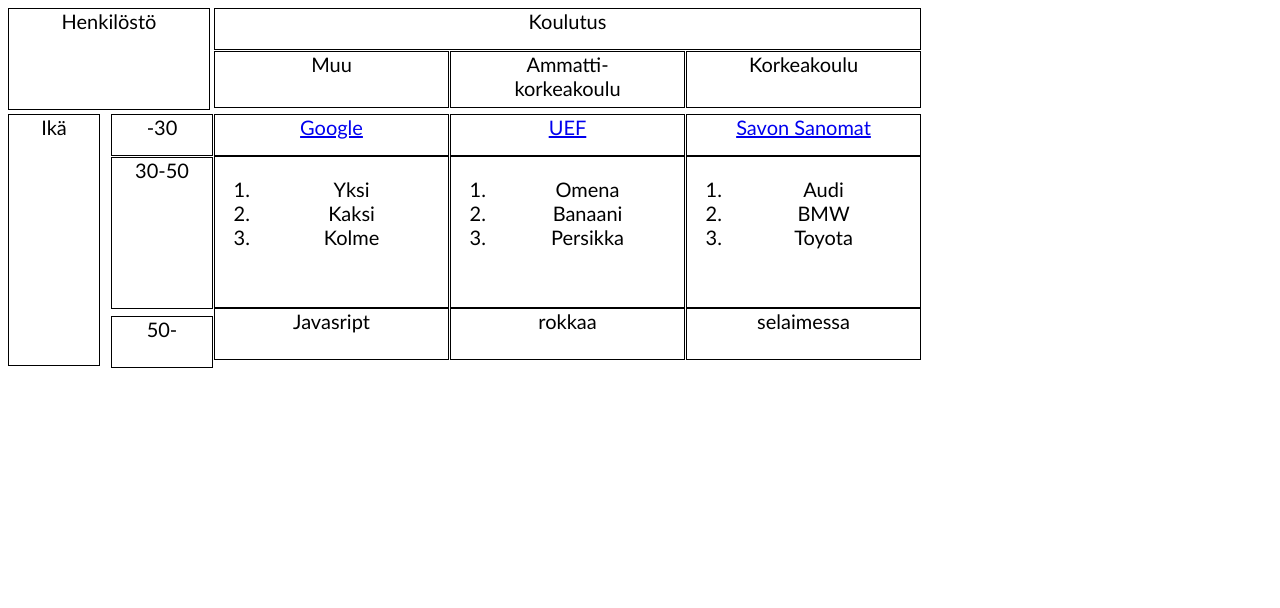
Repository: Niina-Maria/tehtavat-12-17-Niina-Maria2
Page: teht14.html
These files come from the project's save history. The page is drawn as it stood at one moment and after the next save; the edit follows.
The browser window is 1280 px wide. The pictures show the whole page.

Above is the page before, as saved 2024-11-18 15:24:26.

### teht14.html
<!DOCTYPE html>
<html>
    <head><link rel="stylesheet" href="teht14.css"></head>
    <body>
        <div class="grid-container">

                <div class="header">Henkilöstö</div>
                <div class="header2">Koulutus</div>

                <div class="main">Muu</div>
                <div class="main2">Ammatti-<br>korkeakoulu</div>
                <div class="main3">Korkeakoulu</div>


                <div class="navMain">Ikä</div>
                <div class="navMain2">-30</div>
                <div class="navMain3">30-50</div>
                <div class="navMain4">50-</div>

                <div>
                <div class="main4"><a href="www.google.com">Google</a></div>
                <div class="main7">
                    <ol>
                        <li>Yksi</li>
                        <li>Kaksi</li>
                        <li>Kolme</li>
                    </ol>
                </div>
                <div class="footer">Javasript</div>
                </div>

                <div>
                <div class="main5"><a href="https://www.uef.fi/fi">UEF</a></div>
                <div class="main8">
                    <ol>
                    <li>Omena</li>
                    <li>Banaani</li>
                    <li>Persikka</li>
                </ol>
                </div>
                <div class="footer2">rokkaa</div>
            </div>
            <div>

                <div class="main6"><a href="https://www.savonsanomat.fi/">Savon Sanomat</a></div>
                <div class="main9">
                    <ol>
                        <li>Audi</li>
                        <li>BMW</li>
                        <li>Toyota</li>
                    </ol>
                </div>
                <div class="footer3">selaimessa</div>
            </div>





             <!--    <div class="main7">
                    <ol>
                        <li>Yksi</li>
                        <li>Kaksi</li>
                        <li>Kolme</li>
                    </ol>
                </div> -->

               <!--  <div class="main8">
                    <ol>
                    <li>Omena</li>
                    <li>Banaani</li>
                    <li>Persikka</li>
                </ol>
                </div> -->


          <!--       <div class="main9">
                    <ol>
                        <li>Audi</li>
                        <li>BMW</li>
                        <li>Toyota</li>
                    </ol>
                </div> -->


                <!-- <div class="footer">Javasript</div> -->
                <!-- <div class="footer2">rokkaa</div> -->
                <!-- <div class="footer3">selaimessa</div>    -->
            </div>


        </body>
    </html>



            <!-- <tr>
                <tr>
                    <th rowspan="6">Ikä</th>
                    <th >-30</th>
                    <td><a href="www.google.com">Google</a></td>
                    <td><a href="https://www.uef.fi/fi">UEF</a></td>
                    <td><a href="https://www.savonsanomat.fi/">Savon Sanomat</a></td>
                </tr>
                <tr>
                    <th>30-50</th>
                    <td>
                        <ol>
                            <li>Yksi</li>
                            <li>Kaksi</li>
                            <li>Kolme</li>
                        </ol>
                    </td>
                    <td>
                        <ol>
                            <li>Omena</li>
                            <li>Banaani</li>
                            <li>Persikka</li>
                        </ol>
                    </td>
                    <td>
                        <ol>
                            <li>Audi</li>
                            <li>BMW</li>
                            <li>Toyota</li>
                    </ol>
                    </td>
                </tr>

                <tr>
                    <th>50-</th>
                    <td style="font-size:30px; "><strong><em>Javascript</em></strong></td>
                    <td style="font-size:30px; "><strong><em>rokkaa</em></strong></td>
                    <td style="font-size:30px; "><strong><em>selaimessa</em></strong></td>
                </tr>
            </tr> -->

### teht14.css

.grid-container{
    display: grid;
    width: 75%;
    grid-template-columns: 100px 100px 233px 233px 233px;
    grid-template-areas:
    "header header header2 header2 header2"
    "header header main main2 main3"
    "navMain navMain2 main4 main5 main6"
    "navMain navMain3 main7 main8 main9"
    "navMain navMain3 main7 main8 main9"
    "navMain navMain3 main7 main8 main9"
    "navMain navMain4 footer footer2 footer3";
    grid-template-rows: 40px 60px 40px 50px 50px 50px 50px;
    gap: 3px;

    }

.grid-container > div {
    text-align: center;
    font-size: 20px;
    gap: 3px;
    /* display: grid; */
    }

.header {
    grid-area: header;
    grid-column: 1/span2;
    grid-row: 1/span 2;
    border-width: 1px;
    border-style: solid;
    font-size: 20px;
    font-family: 'Gill Sans', 'Gill Sans MT', Calibri, 'Trebuchet MS', sans-serif;
    font-style: bold;
    text-align: center;
    height: 100px;
    width: 200px;
    }

.header2 {
    grid-area: header2;
    grid-column: 3/span 3;
    grid-row: 1/span 1;
    font-size: 20px;
    font-family: 'Gill Sans', 'Gill Sans MT', Calibri, 'Trebuchet MS', sans-serif;
    font-style: bold;
    text-align: center;
    border-width: 1px;
    border-style: solid;
    width: 100%;
    height: 40px;
    }

.navMain{
    grid-area: navMain;
    grid-column: 1;
    grid-row: 3/span 4;
    font-size: 20px;
    font-family: 'Gill Sans', 'Gill Sans MT', Calibri, 'Trebuchet MS', sans-serif;
    font-style: bold;
    text-align: center;
    width: 90%;
    height: 250px;
    border-width: 1px;
    border-style: solid;
}

.navMain2 {
    grid-area: navMain2;
    grid-column: 2 ;
    grid-row: 3;
    font-size: 20px;
    font-family: 'Gill Sans', 'Gill Sans MT', Calibri, 'Trebuchet MS', sans-serif;
    font-style: bold;
    text-align: center;
    width: 100px;
    height: 40px;
    border-width: 1px;
    border-style: solid;
}


.main{
    grid-area: main;
    grid-column: 3;
    grid-row: 2;
    font-size: 20px;
    font-family: 'Gill Sans', 'Gill Sans MT', Calibri, 'Trebuchet MS', sans-serif;
    font-style: bold;
    text-align: center;
    border-width: 1px;
    border-style: solid;
    height: 55px;
    width: 233px;

}

.main2 {
    grid-area: main2;
    grid-column: 4;
    grid-row: 2;
    font-size: 20px;
    font-family: 'Gill Sans', 'Gill Sans MT', Calibri, 'Trebuchet MS', sans-serif;
    font-style: bold;
    text-align: center;
    border-width: 1px;
    border-style: solid;
    height: 55px;
    width: 233px;
}

.main3{
    grid-area: main3;
    grid-column: 5;
    grid-row: 2;
    font-size: 20px;
    font-family: 'Gill Sans', 'Gill Sans MT', Calibri, 'Trebuchet MS', sans-serif;
    font-style: bold;
    text-align: center;
    border-width: 1px;
    border-style: solid;
    height: 55px;
    width: 233px;
}



.main4 {
    grid-area: main4;
    grid-column: 3;
    grid-row: 3;
    font-size: 20px;
    font-family: 'Gill Sans', 'Gill Sans MT', Calibri, 'Trebuchet MS', sans-serif;
    font-style: bold;
    text-align: center;
    border-width: 1px;
    border-style: solid;
    height: 40px;
    width: 233px;
}

.main5{
    grid-area: main5;
    grid-column: 4;
    grid-row: 3;
    font-size: 20px;
    font-family: 'Gill Sans', 'Gill Sans MT', Calibri, 'Trebuchet MS', sans-serif;
    font-style: bold;
    text-align: center;
    border-width: 1px;
    border-style: solid;
    height: 40px;
    width: 233px;
}
.main6{
    grid-area: main6;
    grid-column: 5;
    grid-row: 3;
    font-size: 20px;
    font-family: 'Gill Sans', 'Gill Sans MT', Calibri, 'Trebuchet MS', sans-serif;
    font-style: bold;
    text-align: center;
    border-width: 1px;
    border-style: solid;
    height: 40px;
    width: 233px;}


.navMain3 {
        grid-area: navMain3;
        grid-column: 2;
        grid-row: 4/span 3;
        font-size: 20px;
        font-family: 'Gill Sans', 'Gill Sans MT', Calibri, 'Trebuchet MS', sans-serif;
        font-style: bold;
        text-align: center;
        width: 100px;
        height: 150px;
        border-width: 1px;
        border-style: solid;
    }

.main7{
        grid-area: main7;
        grid-column: 3;
        grid-row: 4/span 3;
        font-size: 20px;
        font-family: 'Gill Sans', 'Gill Sans MT', Calibri, 'Trebuchet MS', sans-serif;
        font-style: bold;
        text-align: center;
        border-width: 1px;
        border-style: solid;
        height: 150px;
        width: 233px;
    }

.main8{
        grid-area: main8;
        grid-column: 4;
        grid-row: 1/span 3;
        font-size: 20px;
        font-family: 'Gill Sans', 'Gill Sans MT', Calibri, 'Trebuchet MS', sans-serif;
        font-style: bold;
        text-align: center;
        border-width: 1px;
        border-style: solid;
        height: 150px;
        width: 233px;
    }


    .main9{
        grid-area: main9;
        grid-column: 5;
        grid-row: 4/span 3;
        font-size: 20px;
        font-family: 'Gill Sans', 'Gill Sans MT', Calibri, 'Trebuchet MS', sans-serif;
        font-style: bold;
        text-align: center;
        border-width: 1px;
        border-style: solid;
        height: 150px;
        width: 233px;
    }

    .navMain4 {
        grid-area: navMain4;
        grid-column: 2/span 1;
        grid-row: 7/span 1;
        font-size: 20px;
        font-family: 'Gill Sans', 'Gill Sans MT', Calibri, 'Trebuchet MS', sans-serif;
        font-style: bold;
        text-align: center;
        width: 100px;
        height: 50px;
        border-width: 1px;
        border-style: solid;
    }
    .footer {
        grid-area: footer;
        grid-column: 3;
        grid-row: 7/span 1;
        font-size: 20px;
        font-family: 'Gill Sans', 'Gill Sans MT', Calibri, 'Trebuchet MS', sans-serif;
        font-style: bold;
        text-align: center;
        width: 233px;
        height: 50px;
        border-width: 1px;
        border-style: solid;
    }

    .footer2 {
        grid-area: footer2;
        grid-column: 4;
        grid-row: 7/span 1;
        font-size: 20px;
        font-family: 'Gill Sans', 'Gill Sans MT', Calibri, 'Trebuchet MS', sans-serif;
        font-style: bold;
        text-align: center;
        width: 233px;
        height: 50px;
        border-width: 1px;
        border-style: solid;
    }

    .footer3 {
        grid-area: footer3;
        grid-column: 5;
        grid-row: 7/span 1;
        font-size: 20px;
        font-family: 'Gill Sans', 'Gill Sans MT', Calibri, 'Trebuchet MS', sans-serif;
        font-style: bold;
        text-align: center;
        width: 233px;
        height: 50px;
        border-width: 1px;
        border-style: solid;
    }

After the next save:
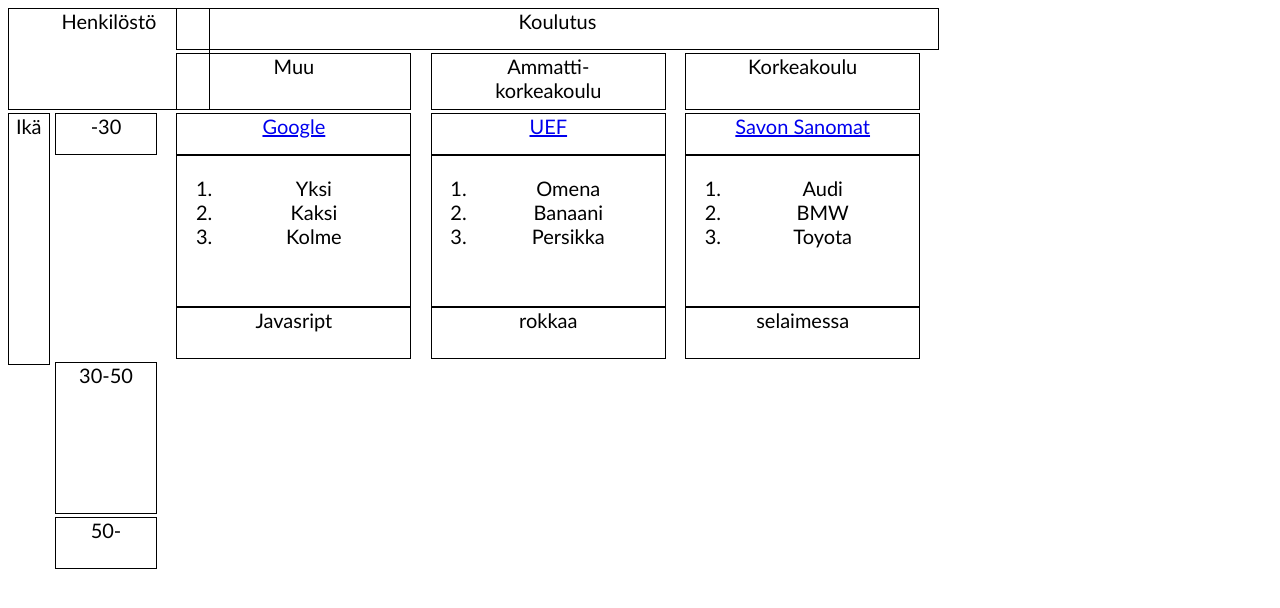
Saved 33 s later.
--- a/teht14.css
+++ b/teht14.css
@@ -2,7 +2,7 @@
 .grid-container{
     display: grid;
     width: 75%;
-    grid-template-columns: 100px 100px 233px 233px 233px;
+    /* grid-template-columns: 100px 100px 233px 233px 233px;    */
     grid-template-areas:
     "header header header2 header2 header2"
     "header header main main2 main3"
@@ -11,7 +11,7 @@
     "navMain navMain3 main7 main8 main9"
     "navMain navMain3 main7 main8 main9"
     "navMain navMain4 footer footer2 footer3";
-    grid-template-rows: 40px 60px 40px 50px 50px 50px 50px;
+    /* grid-template-rows: 40px 60px 40px 50px 50px 50px 50px; */
     gap: 3px;
 
     }
